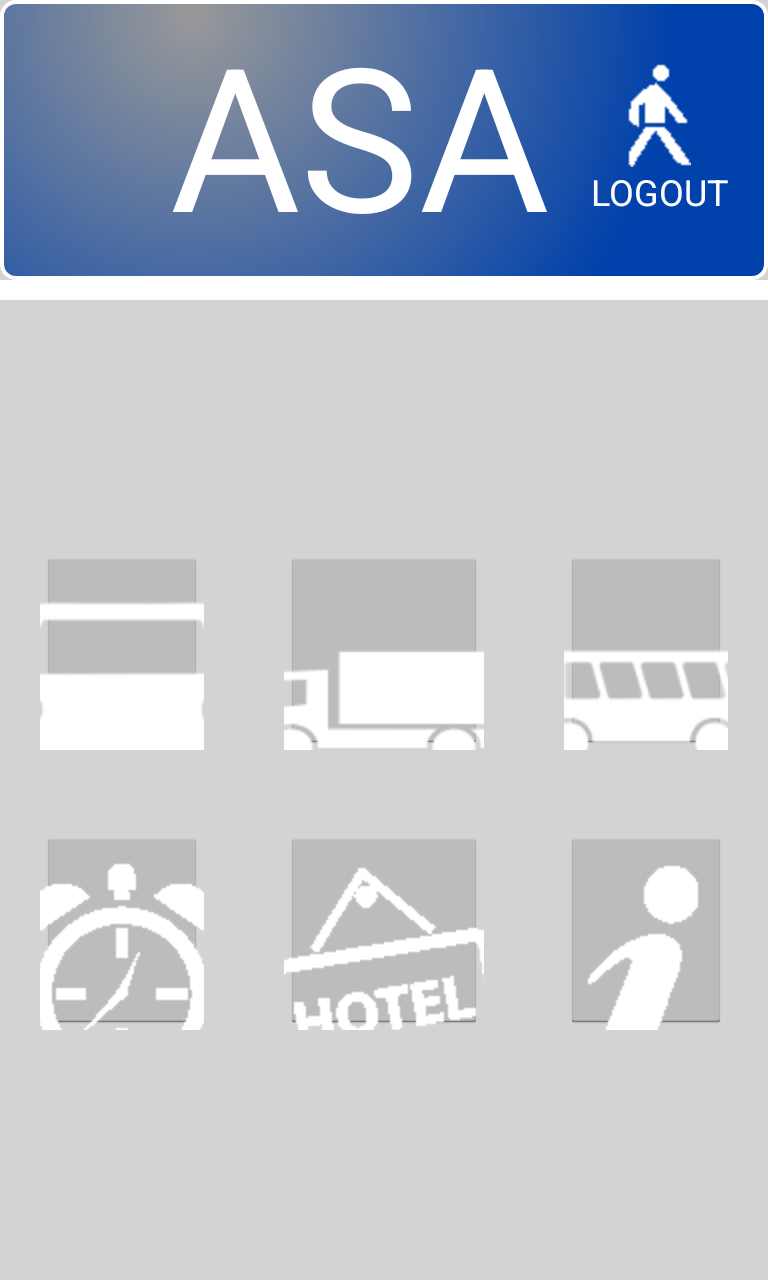
Repository: vinnare89/ASA
Layout: ASA/res/layout/main_menu_layout.xml
The author's editor kept a copy of each file at every save. The layout is drawn from the files as they stood at one save, then again after the next save.
It is drawn on a 768 x 1280 px phone screen (xhdpi) without system bars, with theme AppTheme; the app's code is not run.

Above is the layout before, as saved 2013-12-15 13:47:11.

### ASA/res/layout/main_menu_layout.xml
<?xml version="1.0" encoding="utf-8"?>
<LinearLayout xmlns:android="http://schemas.android.com/apk/res/android"
    android:layout_width="match_parent"
    android:layout_height="match_parent"
    android:orientation="vertical"
    android:background="#d3d3d3">

    <RelativeLayout
        android:layout_width="match_parent"
        android:layout_height="wrap_content"
        android:background="@drawable/asa_header_background">

        <TextView
            android:id="@+id/main_menu_header"
            android:layout_width="match_parent"
            android:layout_height="wrap_content"
            android:gravity="center_vertical|center_horizontal"
            android:text="@string/app_name_italic"
            android:textColor="#FFF"
            android:textSize="100sp" />

        <Button
            android:id="@+id/main_menu_logout_button"
            android:layout_width="wrap_content"
            android:layout_height="wrap_content"
            android:layout_alignParentRight="true"
            android:layout_centerVertical="true"
            android:layout_margin="20dp"
            android:background="@android:color/transparent"
            android:drawableTop="@drawable/mensch_small"
            android:text="@string/main_menu_logout"
            android:textColor="#FFF" />

        <View
            android:layout_width="fill_parent"
            android:layout_height="140dp"
            android:layout_alignParentLeft="true"
            android:layout_alignParentTop="true"
            android:layout_below="@id/main_menu_logout_button"
            android:background="@android:color/transparent" />

    </RelativeLayout>

    <View
        android:layout_width="fill_parent"
        android:layout_height="10dp"
        android:background="@android:color/white" />

    <RelativeLayout
        android:layout_width="match_parent"
        android:layout_height="fill_parent"
        android:gravity="center_vertical" >

        <Button
            android:id="@+id/main_menu_button_service"
            style="@style/MainMenuButton"
            android:layout_centerHorizontal="true"
            android:drawableTop="@drawable/lkw"
            android:text="@string/main_menu_lkw" />

        <Button
            android:id="@+id/main_menu_button_control"
            style="@style/MainMenuButton"
            android:layout_toLeftOf="@id/main_menu_button_service"
            android:drawableTop="@drawable/pkw"
            android:text="@string/main_menu_pkw" />

        <Button
            android:id="@+id/main_menu_button_heating"
            style="@style/MainMenuButton"
            android:layout_toRightOf="@id/main_menu_button_service"
            android:drawableTop="@drawable/bus"
            android:text="@string/main_menu_bus" />

        <Button
            android:id="@+id/main_menu_button_activities"
            style="@style/MainMenuButton"
            android:layout_below="@id/main_menu_button_service"
            android:layout_centerHorizontal="true"
            android:drawableTop="@drawable/hotel_schild_small"
            android:text="@string/main_menu_activities" />

        <Button
            android:id="@+id/main_menu_button_alarm"
            style="@style/MainMenuButton"
            android:layout_below="@id/main_menu_button_control"
            android:layout_toLeftOf="@id/main_menu_button_activities"
            android:drawableTop="@drawable/wecker_small"
            android:text="@string/main_menu_alarm" />

        <Button
            android:id="@+id/main_menu_button_information"
            style="@style/MainMenuButton"
            android:layout_below="@id/main_menu_button_heating"
            android:layout_toRightOf="@id/main_menu_button_activities"
            android:drawableTop="@drawable/info_small"
            android:text="@string/main_menu_information" />
    </RelativeLayout>

</LinearLayout>

### ASA/res/values/styles.xml
<resources>

    <!--
        Base application theme, dependent on API level. This theme is replaced
        by AppBaseTheme from res/values-vXX/styles.xml on newer devices.
    -->
    <style name="AppBaseTheme" parent="android:Theme.Light">
        <!--
            Theme customizations available in newer API levels can go in
            res/values-vXX/styles.xml, while customizations related to
            backward-compatibility can go here.
        -->
    </style>

    <!-- Application theme. -->
    <style name="AppTheme" parent="AppBaseTheme">
        <!-- All customizations that are NOT specific to a particular API-level can go here. -->
        <item name="android:windowNoTitle">true</item>
    	<item name="android:windowFullscreen">true</item>
    </style>

    <style name="MainMenuButton" parent="@android:Theme.Light">
        <item name="android:layout_width">200px</item>
        <item name="android:layout_height">200px</item>
        <item name="android:textColor">#FFFFFF</item>
        <item name="android:textSize">25sp</item>

        <item name="android:layout_margin">20dp</item>
    </style>

</resources>

### ASA/res/drawable/asa_header_background.xml
<?xml version="1.0" encoding="UTF-8"?>
<shape xmlns:android="http://schemas.android.com/apk/res/android"
     android:shape="rectangle">
     <stroke android:width="2dp" android:color="#FFFFFFFF" />
     <gradient android:layout_gravity="right" android:type="radial" android:gradientRadius="480"
        android:centerX="25%" android:centerY="5%"
        android:startColor="#999999" android:endColor="@color/autobahn_blau" />

    <corners android:bottomRightRadius="7dp" android:bottomLeftRadius="7dp"
     android:topLeftRadius="7dp" android:topRightRadius="7dp"/>
</shape>

### ASA/res/values/strings.xml
<?xml version="1.0" encoding="utf-8"?>
<resources>

    <string name="app_name">ASA</string>
    <string name="action_settings">Settings</string>
    <string name="hello_world">Hello world!</string>
    <string name="app_name_italic">ASA&#160;</string>

    <!-- Login Menu -->
    <string name="login_subheader">- Die Autofahrer Service App -</string>
    <string name="login_username">Username</string>
    <string name="login_password">Password</string>
    <string name="login_submit">Submit</string>

    <!-- Main Menu -->
    <string name="main_menu_lkw">LKW</string>
    <string name="main_menu_pkw">PKW</string>
    <string name="main_menu_bus">Bus</string>
    <string name="main_menu_alarm">Wecker</string>
    <string name="main_menu_activities">Aktivitäten</string>
    <string name="main_menu_information">Informationen</string>
    <string name="main_menu_logout">LOGOUT</string>

</resources>

### ASA/res/values/color.xml
<?xml version="1.0" encoding="utf-8"?>
<resources>
    <color name="autobahn_blau">#0041AB</color>
</resources>

Loaded but not shown: ASA/res/values-v11/styles.xml (common file); ASA/res/values-v14/styles.xml (common file)

After the next save:
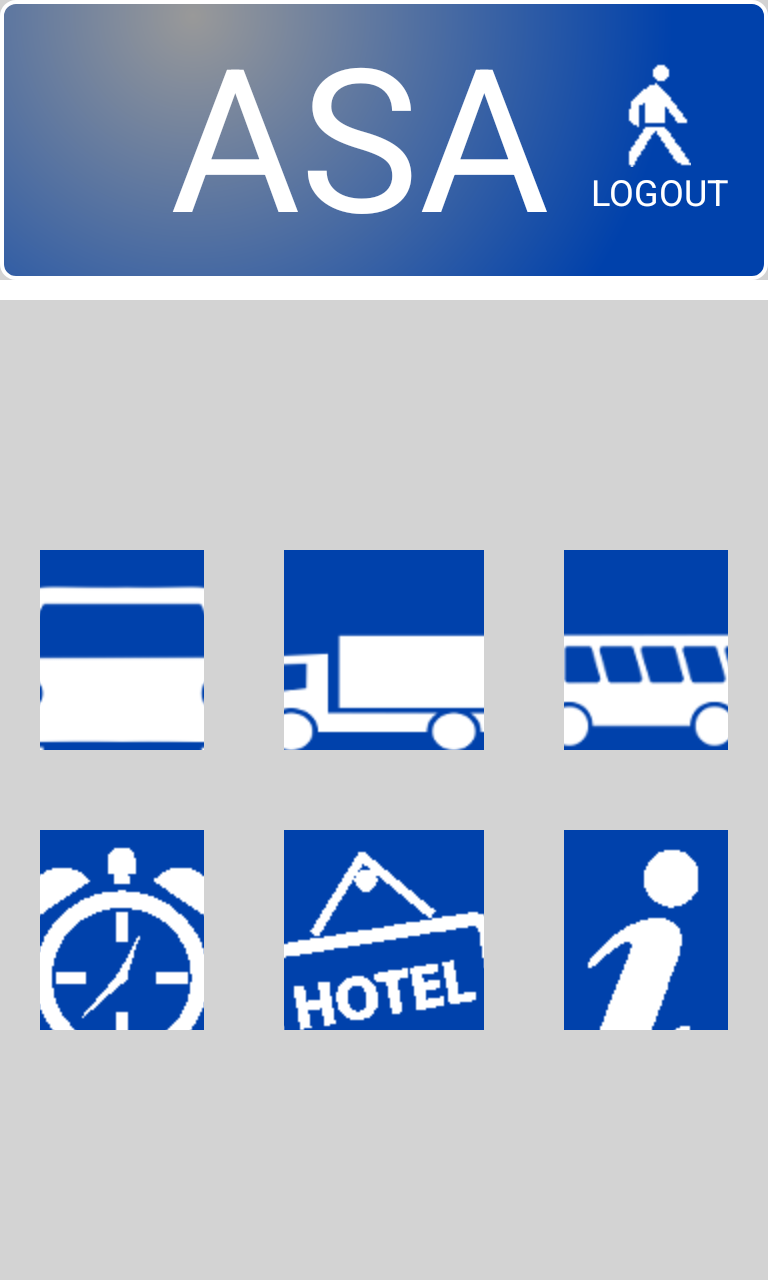
Saved 2 min 18 s later.
--- a/ASA/res/values/styles.xml
+++ b/ASA/res/values/styles.xml
@@ -1,4 +1,4 @@
-<resources>
+<resources xmlns:android="http://schemas.android.com/apk/res/android">
 
     <!--
         Base application theme, dependent on API level. This theme is replaced
@@ -24,6 +24,7 @@
         <item name="android:layout_height">200px</item>
         <item name="android:textColor">#FFFFFF</item>
         <item name="android:textSize">25sp</item>
+        <item name="android:background">@color/autobahn_blau</item>
 
         <item name="android:layout_margin">20dp</item>
     </style>
